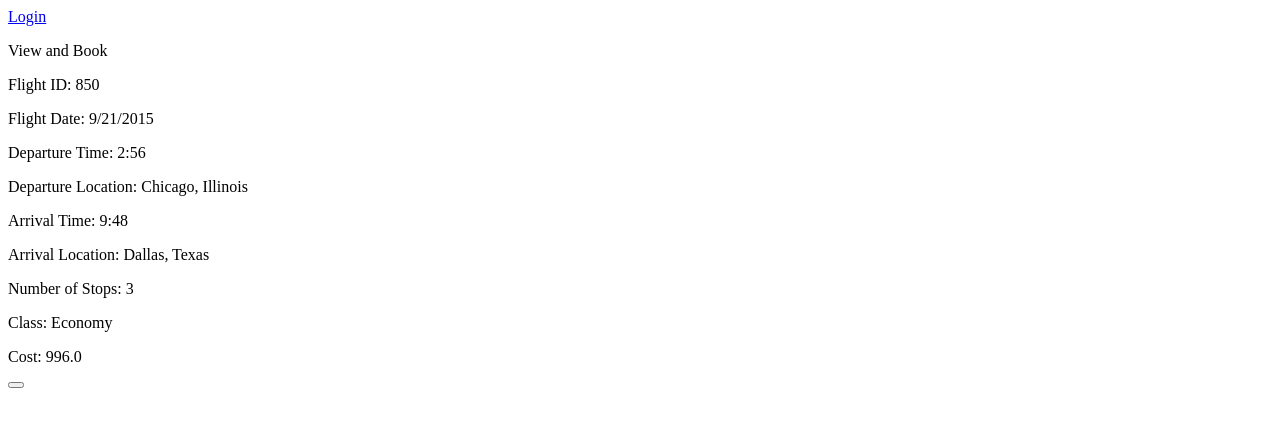
Repository: jliu9000/CSE-464---Flight-Pages
Page: http://localhost/HW1/ViewAndBook.jsp
An editor plug-in stored every save of this project. The page is shown before and after the next save, followed by the edit.
The browser window is 1280 px wide. The pictures show the whole page.
The page is served by Tomcat 9.

Above is the page before, as saved 2014-09-21 06:21:51.

After the next save:
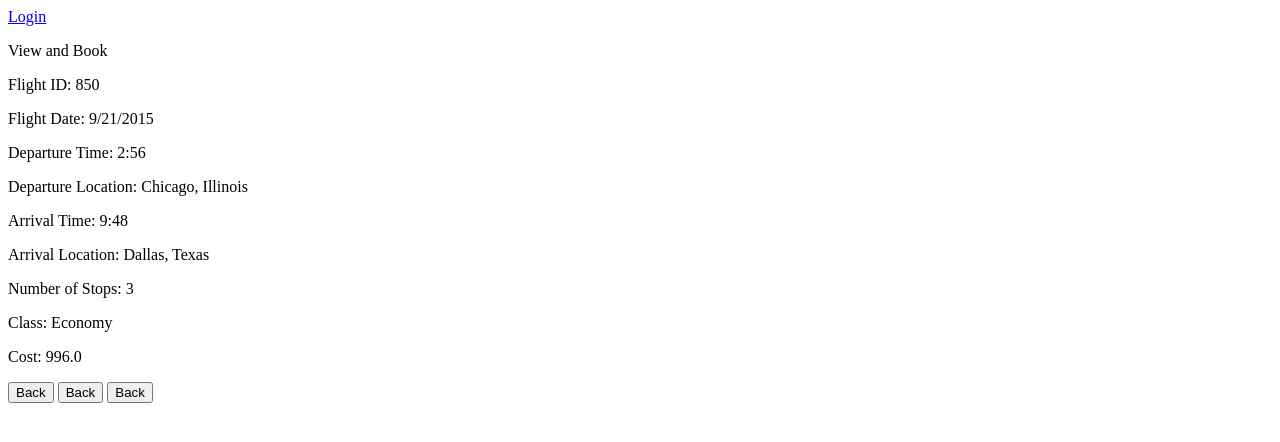
Saved 50 s later.
--- a/HW1/WebContent/ViewAndBook.jsp
+++ b/HW1/WebContent/ViewAndBook.jsp
@@ -38,7 +38,13 @@
 		<p>Cost: <%=r.getCost() %></p>
 
 	</div>
-	<button value="select"></button>
+
+
+	<a href="FlightSearchResults.jsp"><button>Back</button></a>
+	<a href="FlightSearchResults.jsp"><button>Back</button></a>
+	<a href="FlightSearchResults.jsp"><button>Back</button></a>
+
+
 
 </body>
 </html>
